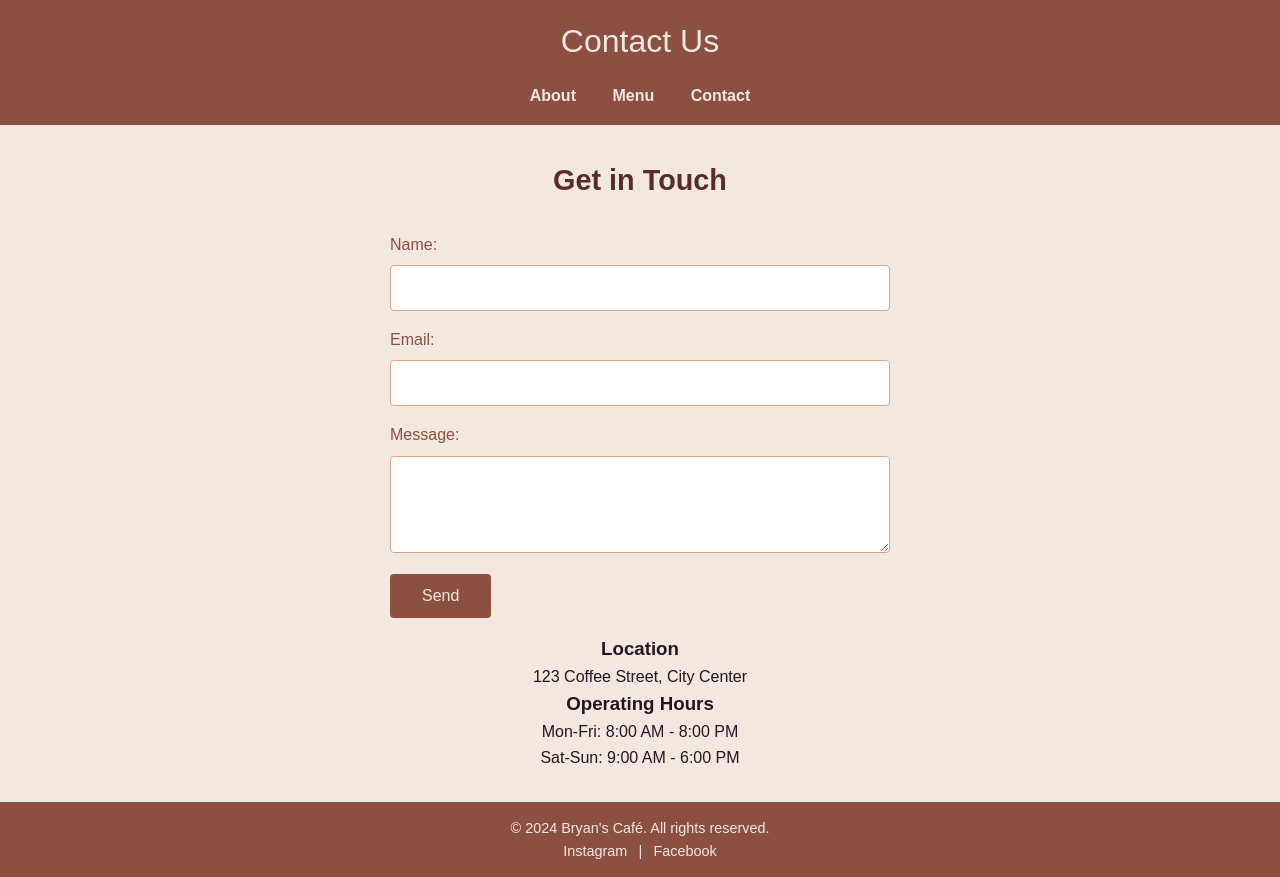
Repository: julianpedrazajf/bryancafe
Page: contact.html
An editor plug-in stored every save of this project. The page is shown before and after the next save, followed by the edit.
The browser window is 1280 px wide. The pictures show the whole page.

Above is the page before, as saved 2024-11-04 07:54:24.

After the next save:
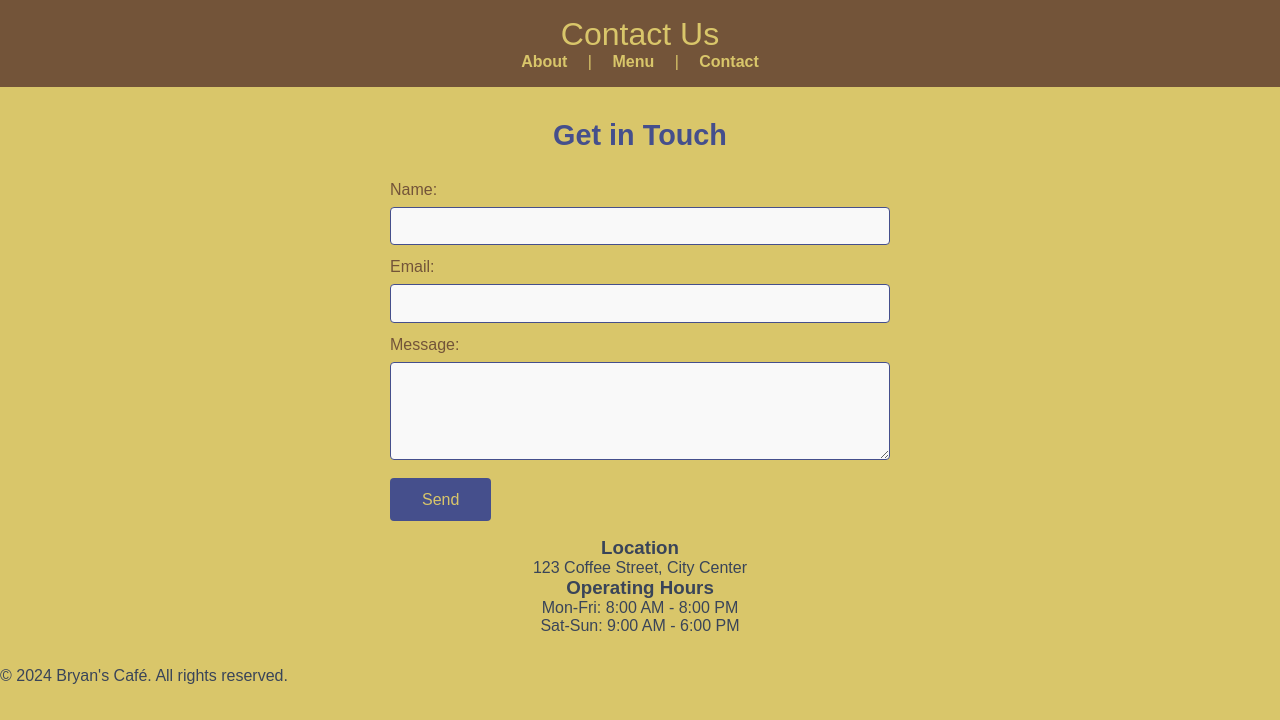
Saved 8 s later.
--- a/contact.html
+++ b/contact.html
@@ -4,14 +4,14 @@
     <meta charset="UTF-8">
     <meta name="viewport" content="width=device-width, initial-scale=1.0">
     <title>Contact - Bryan's Café</title>
-    <link rel="stylesheet" href="assets/css/style.css">
+    <link rel="stylesheet" href="style.css">
 </head>
 <body>
     <header>
         <h1>Contact Us</h1>
         <nav>
-            <a href="index.html">About</a>
-            <a href="menu.html">Menu</a>
+            <a href="index.html">About</a> |
+            <a href="menu.html">Menu</a> |
             <a href="contact.html">Contact</a>
         </nav>
     </header>
@@ -35,9 +35,6 @@
 
     <footer>
         <p>© 2024 Bryan's Café. All rights reserved.</p>
-        <div>
-            <a href="#">Instagram</a> | <a href="#">Facebook</a>
-        </div>
     </footer>
 </body>
 </html>
